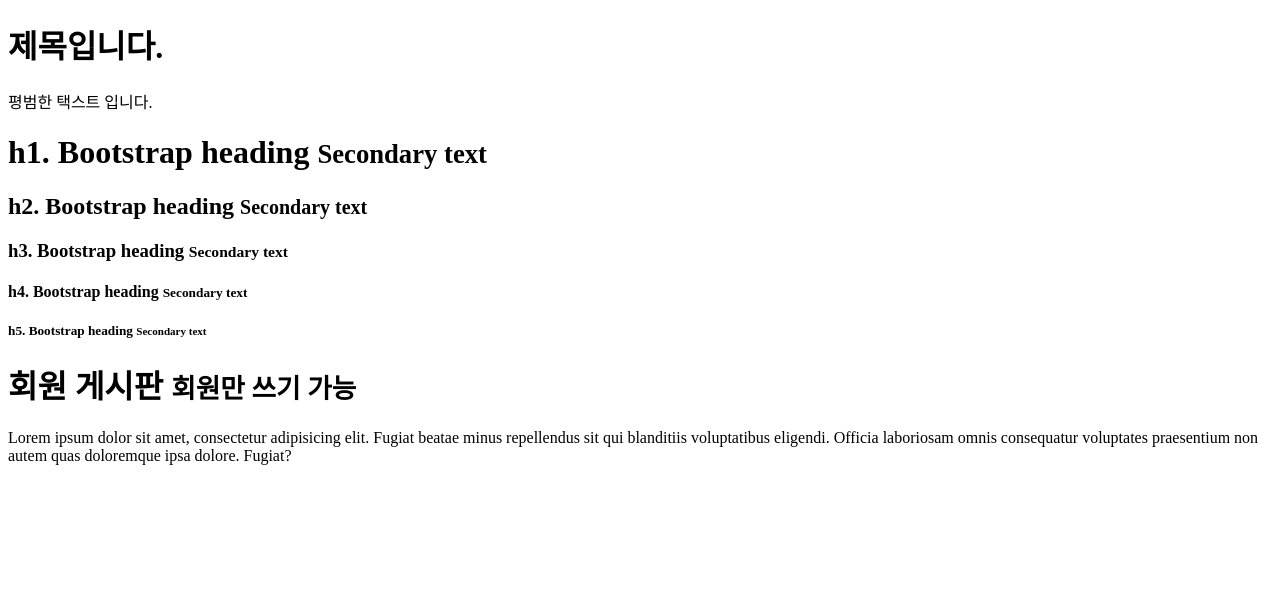
Repository: park-nahyun/BootstrapStudy
Page: BootstrapWork/WebContent/BootEx01.html
The author's editor kept a copy of each file at every save. The page is drawn from the files as they stood at one save, then again after the next save.
The browser window is 1280 px wide. The pictures show the whole page.

Above is the page before, as saved 2021-07-01 03:04:50.

After the next save:
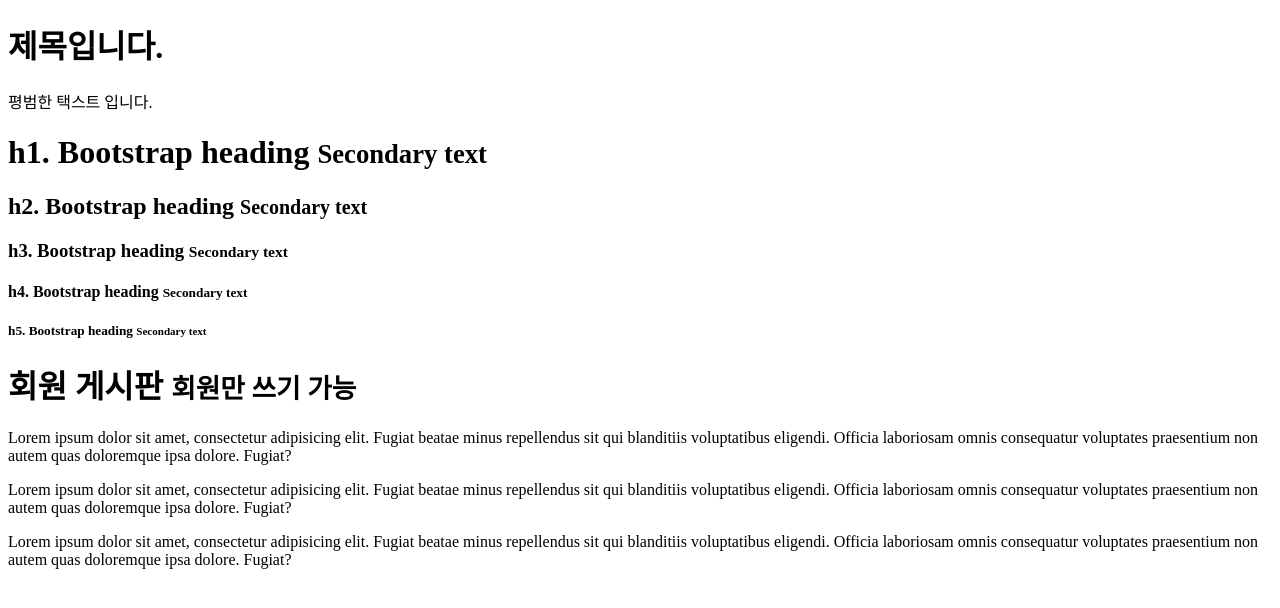
Saved 33 s later.
--- a/BootstrapWork/WebContent/BootEx01.html
+++ b/BootstrapWork/WebContent/BootEx01.html
@@ -17,11 +17,17 @@
 
 <h1>회원 게시판 <small>회원만 쓰기 가능</small></h1>
 
-<p> Lorem ipsum dolor sit amet, consectetur adipisicing elit.
- Fugiat beatae minus repellendus sit qui blanditiis
- voluptatibus eligendi.
-  Officia laboriosam omnis consequatur voluptates
-  praesentium non autem quas doloremque ipsa dolore. Fugiat?
-  </p>
+	<p>Lorem ipsum dolor sit amet, consectetur adipisicing elit. Fugiat
+		beatae minus repellendus sit qui blanditiis voluptatibus eligendi.
+		Officia laboriosam omnis consequatur voluptates praesentium non autem
+		quas doloremque ipsa dolore. Fugiat?</p>
+	<p>Lorem ipsum dolor sit amet, consectetur adipisicing elit. Fugiat
+		beatae minus repellendus sit qui blanditiis voluptatibus eligendi.
+		Officia laboriosam omnis consequatur voluptates praesentium non autem
+		quas doloremque ipsa dolore. Fugiat?</p>
+	<p>Lorem ipsum dolor sit amet, consectetur adipisicing elit. Fugiat
+		beatae minus repellendus sit qui blanditiis voluptatibus eligendi.
+		Officia laboriosam omnis consequatur voluptates praesentium non autem
+		quas doloremque ipsa dolore. Fugiat?</p>
 </body>
 </html>
